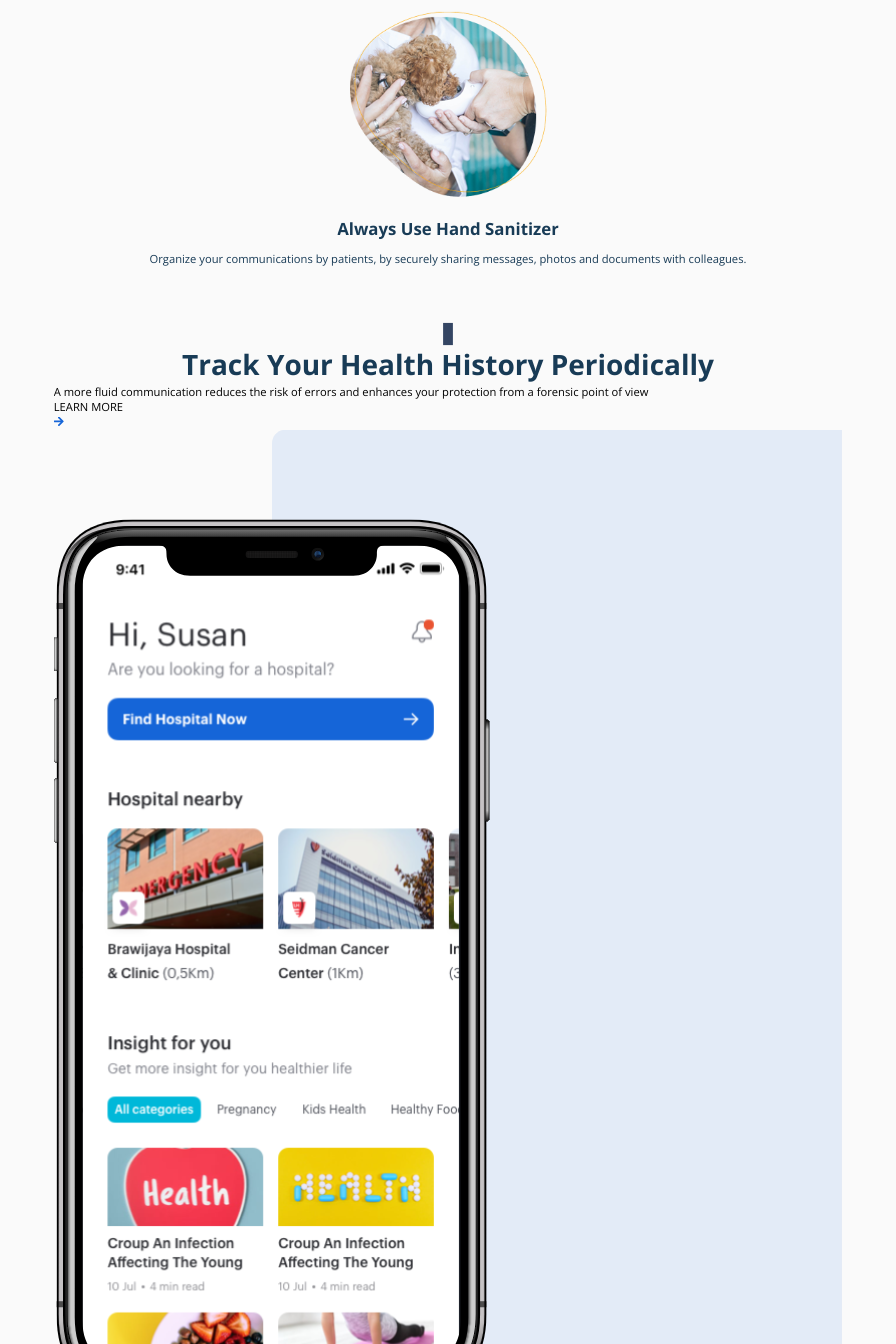
Repository: Esttevo/prova-html-css
Page: index.html
The author's editor kept a copy of each file at every save. The page is drawn from the files as they stood at one save, then again after the next save.
The browser window is 1280 px wide. The pictures show the part of the page from y = 4580 to 6500 px (the page is 8444 px tall before and 8446 px after), at 70% of full size.
A picture or video elsewhere on the page could not be fetched, so the positions and the page height are approximate.

Above is the page before, as saved 2026-09-01 15:07:36.

### index.html
<!DOCTYPE html>
<html lang="en">
<head>
    <meta charset="UTF-8">
    <meta name="viewport" content="width=device-width, initial-scale=1.0">
    <title>Document</title>
    <link rel="stylesheet" href="style.css">
</head>
<body>
    <header>
        <img id="header-logo" src="img/icons/Logo.svg" alt="Logo escrita EHYA">

        <nav id="header-nav">
            <a class="no-chevron" href="#">Home</a>
            <a class="with-chevron" href="#">
                Landings
                <img src="img/icons/icon-chevron-down.svg" alt="indica que possui uma lista ao clicar">
            </a>
            <a class="with-chevron" href="#">
                Pages
                <img src="img/icons/icon-chevron-down.svg" alt="indica que possui uma lista ao clicar">
            </a>
            <a href="#">Docs</a>
            <a href="#">Help</a>
            <button>Get it now</button>
        </nav>

        <img src="img/icons/icon-menu-hamburger.svg" alt="Menu hamburger">
    </header>

    <main>
        <section id="section-hero">
            <div id="hero-text">
                <div id="bar-text">
                    <div class="stylization-bar"> a</div>

                    <h4>
                        Changing the way you
                        go to healthcare
                    </h4>
                </div>

                <h1>
                    Primary Care
                    Designed for
                    Real Life
                </h1>

                <p>
                Discuss patients, share notes and documents in a secure manner and be part of a network of health professionals ready to
                collaborate better.
                </p>

                <form id="form-hero" action="#">
                    <input id="text-write" type="text" placeholder="name@youremail.com">
                    <input id="button" type="submit" value="Subscribe">
                </form>
            </div>
            <img src="img/image-hero.png" alt="4 medicos sorrindo e uma medica sobrepondo os 4">
        </section>

        <section id="section-connect">
            <div id="connect-title-subtitle">
                <h2>
                    Connect easily. Collaborate efficiently.
                </h2>

                 <p>
                    Rather than do things the
                    ypical way, we’ve created
                    a membership-based primary
                    care practice truly designed
                    around your needs.
                </p>
            </div>

           <img src="img/Dashboard.svg" alt="dashboard de exemplo de um sistema de agendamento">

           <div id="cards-advantages">
                <div id="card-advantages-doctor">
                     <h2>01</h2>
                     <h3>For Doctor</h3>
                     <p>
                         You get an in-house
                         team to guide and advocate
                         for you through questions
                     </p>
                </div>

                <div id="card-advantages-patient">
                     <h2>02</h2>
                     <h3>For Patient</h3>
                     <p>
                         You get an in-house
                         team to guide and advocate
                         for you through questions
                     </p>
                </div>

                <div id="card-advantages-clinician">
                     <h2>03</h2>
                     <h3>For Clinician</h3>
                     <p>
                         You get an in-house
                         team to guide and advocate
                         for you through questions
                     </p>
                </div>
            </div>
        </section>

        <section id="section-protect">
            <h2>
                Protect yourself and your family first.
            </h2>

            <div id="protect-content-tips">
                <div class="content-tips-card">
                    <img src="img/icons/icon-house.svg" alt="">

                    <h3>
                        Stay at Home first
                    </h3>

                    <p>
                        Our technology makes
                        it practically impossible
                        for any patient data breach to occur
                    </p>
                </div>

                <div class="content-tips-card">
                    <img src="img/icons/icon-hand.svg" alt="">

                    <h3>
                        Wash Your Hands Periodically
                    </h3>

                    <p>
                        You can talk freely and confidently
                        about patients with other health professionals
                         treating them
                    </p>
                </div>

                <div class="content-tips-card">
                    <img src="img/icons/icon-remedy.svg" alt="">

                    <h3>
                        Consume more Vitamin C
                    </h3>

                    <p>
                        A more fluid communication reduces
                        the risk of errors and enhances your
                        protection from a forensic point of view
                    </p>
                </div>

                <div class="content-tips-card">
                    <img src="img/icons/icon-medicament.svg" alt="">

                    <h3>
                        Always Use Hand Sanitizer
                    </h3>

                    <p>
                        Organize your communications
                        by patients, by securely sharing
                        messages, photos and documents
                        with colleagues.
                    </p>
                </div>
            </div>
        </section>

        <section id="section-modern">
            <h2>
                Modern clinics.
                Smart, hassle
                -free care.
            </h2>

            <div id="modern-cards-content">
                <div class="modern-content-img-text">
                    <img src="img/image-medic.svg" alt="equipamentos de medico">
                    <h3>
                        Consume more Vitamin C
                    </h3>

                    <p>
                        A more fluid communication reduces
                        the risk of errors and enhances your
                        protection from a forensic point of view
                    </p>
                </div>

                <div class="modern-content-img-text">
                    <img src="img/image-kid-dad.png" alt="cachorro tomando agua no colo">
                    <h3>
                        Stay at Home first
                    </h3>

                    <p>
                        Our technology makes
                        it practically impossible
                        for any patient data breach to occur
                    </p>
                </div>

                <div class="modern-content-img-text">
                    <img src="img/image-kid.png" alt="Criança caminhando de mão dada">
                    <h3>
                        Wash Your Hands Periodically
                    </h3>

                    <p>
                        You can talk freely and confidently
                        about patients with other health professionals
                         treating them
                    </p>
                </div>

                <div class="modern-content-img-text">
                    <img src="img/image-dog.png" alt="cachorro tomando agua no colo">
                    <h3>
                        Always Use Hand Sanitizer
                    </h3>

                    <p>
                        Organize your communications
                        by patients, by securely sharing
                        messages, photos and documents
                        with colleagues.
                    </p>
                </div>
            </div>
        </section>

        <section id="section-health">
            <div class="health-content-text">
                <div class="stylization-bar"></div>

                <h2>
                     Track Your Health
                     History Periodically
                </h2>

                <p>
                 A more fluid communication reduces
                 the risk of errors and enhances your
                 protection from a forensic
                 point of view
                </p>

                <div id="learn-more">
                     <p>LEARN MORE</p>
                     <img src="img/icons/icon-arrow-right.svg" alt="seta para a direita, clique para ler mais">
                </div>
            </div>

           <img id="image-mobile" src="img/image-health-mobile.svg" alt="iphone em um site de localização de hospitais com mapa e busca">
            <img id="image-desktop" src="img/image-health-desktop.svg" alt="iphone em um site de localização de hospitais com mapa e busca">
           <div id="count-pages">
                <p>1/4 screen</p>

                <div id="img-arrow">
                    <img src="img/icons/icon-button-left.svg" alt="botão para tela da esquerda">
                    <img src="img/icons/icon-button-right.svg" alt="botão para tela da direita">
                </div>
           </div>
        </section>

        <section id="section-resources">
            <article class="selected-resources-card">
                <img src="img/icons/icon-docs.png" alt="simbolo de documento">

                <h3>Stay at Home first</h3>

                <p>
                    A more fluid communication
                    reduces the risk of errors.
                </p>

                <a href="#">
                    READ ARTICLE
                </a>
            </article>

            <article class="resources-card">
                <img src="img/icons/icon-docs.png" alt="simbolo de documento">

                <h3>
                    Wash Your Hands
                </h3>

                <p>
                    A more fluid communication
                    reduces the risk of errors.
                </p>

                <a href="#">
                    READ ARTICLE
                </a>
            </article>

            <article class="resources-card">
                <img src="img/icons/icon-docs.png" alt="simbolo de documento">

                <h3>Use Hand Sanitizer</h3>

                <p>
                    A more fluid communication
                    reduces the risk of errors.
                </p>

                <a href="#">
                    READ ARTICLE
                </a>
            </article>

            <article class="resources-card">
                <img src="img/icons/icon-docs.png" alt="simbolo de documento">

                <h3>Consume Vitamin C</h3>

                <p>
                    A more fluid communication
                    reduces the risk of errors.
                </p>

                <a href="#">
                    READ ARTICLE
                </a>
            </article>
        </section>

        <section id="section-updates">
            <h2>be the first to know our updates</h2>

            <form action="#">
                <input  type="text" id="name" name="name" placeholder="&#xF007; Teste">
                <input  type="text" id="name" name="name" placeholder="&#xF007; Teste">
                <input type="submit" value="Subscribe Us">
            </form>
        </section>
    </main>

    <footer id="footer">
        <div id="footer-content-nav">
            <nav class="nav-footer">
                <a class="nav-title" href="#">Product</a>
                <a class="nav-item" href="#">Landingpage</a>
                <a class="nav-item" href="#">Features</a>
                <a class="nav-item" href="#">Documentation</a>
                <a class="nav-item" href="#">Referral Program</a>
                <a class="nav-item" href="#">Pricing</a>
            </nav>

            <nav class="nav-footer">
                <a class="nav-title" href="#">Services</a>
                <a class="nav-item" href="#">Documentation</a>
                <a class="nav-item" href="#">Design</a>
                <a class="nav-item" href="#">Themes</a>
                <a class="nav-item" href="#">Illustrations</a>
                <a class="nav-item" href="#">UI Kit</a>
            </nav>

            <nav class="nav-footer">
                <a class="nav-title" href="#">Company</a>
                <a class="nav-item" href="#">About</a>
                <a class="nav-item" href="#">Terms</a>
                <a class="nav-item" href="#">Privacy Policy</a>
                <a class="nav-item" href="#">Careers</a>
            </nav>

            <nav class="nav-footer">
                <a class="nav-title" href="#">More</a>
                <a class="nav-item" href="#">Documentation</a>
                <a class="nav-item" href="#">License</a>
                <a class="nav-item" href="#">Changelog</a>
            </nav>
        </div>

        <img src="img/icons/Logo.svg" alt="simbolo de logo">

        <p>Build a modern and creative website with crealand</p>

        <div id="icons-footer">
            <a href="#"><img src="img/icons/Icon-google.svg" alt="icone redirecionamento google"></a>
            <a href="#"><img src="img/icons/icon-twitter.svg" alt="icone redirecionamento email"></a>
            <a href="#"><img src="img/icons/icon-instagram.svg" alt="icone redirecionamento instagram"></a>
            <a href="#"><img src="img/icons/icon-linkedin.svg" alt="icone redirecionamento linkedIn"></a>
        </div>
    </footer>
</body>
</html>

### style.css
@import url('https://fonts.googleapis.com/css2?family=Inter:ital,opsz,wght@0,14..32,100..900;1,14..32,100..900&display=swap');
@import url('https://fonts.googleapis.com/css2?family=Inter:ital,opsz,wght@0,14..32,100..900;1,14..32,100..900&family=Open+Sans:ital,wght@0,300..800;1,300..800&display=swap');

:root {
    --primary-background-color: #FAFAFA;
    --secundary-background-color: #FFFFFF;

    --primary-color: #1565D8;

    --primary-title-font-color: #183B56;

    --primary-subtitle-font-color: #5A7184;

    --primary-font-family: "Open Sans", sans-serif;
    --secundary-font-family: "Inter", sans-serif;

    --color-spacing: #E3E7ED;
}

* {
    margin: 0;
    padding: 0;
    text-decoration: none;
    box-sizing: border-box;
    overflow-x: hidden;
}

body {
    font-family: var(--primary-font-family);
    background-color: var(--primary-background-color);
}

header {
    display: flex;
    justify-content: space-between;
    padding: 1.2rem 1.5rem;

}

#header-nav {
    display: none;
}

#bar-text {
    display: flex;
    flex-direction: column;
    align-items: center;
    gap: 1rem;
    padding: 1.2rem 3rem;
}

.stylization-bar {
    background-color: #344563;;
    width: 14px;
    height: 2px;
    justify-self: center;
}

#bar-text h4 {
    font-size: clamp(14px, 1vw, 30px);
    text-align: center;
    line-height: 150%;
    color: var(--primary-title-font-color);
}

#section-hero {
    display: flex;
    flex-direction: column;
    padding: 0 clamp(1.25rem, 6vw, 9rem);
}

#section-hero h1 {
    color: var(--primary-title-font-color);
    text-align: center;
    line-height: 125%;
    font-weight: 700;
    letter-spacing: 0.2;
    font-family: var(--secundary-font-family);
    padding: 0 1rem;
    font-size: clamp(32px, 5vw, 56px);
}

#section-hero p {
    color: var(--primary-subtitle-font-color);
    text-align: center;
    font-size: 1rem;
    padding-top: 1rem;
    line-height: 175%;
}

#section-hero form {
    display: flex;
    flex-direction: column;
    width: clamp(280px, 100%, 400px);
    padding: 2rem 0;
    justify-self: center;
}

#section-hero #text-write {
    height: 3.8rem;
    border: none;
    border-radius: 0.5rem;
    padding: 1rem;
    font-family: var(--primary-font-family);
}

#section-hero #button {
    background-color: var(--primary-color);
    border: none;
    font-size: var(--primary-font-family);
    color: #FFFFFF;
    border-radius: 0.5rem;
    padding: 0.5rem 0;
    height: 2.5rem;
}

#section-hero img {
    width: clamp(280px, 100%, 540px);
    align-self: center;
    padding-bottom: 3rem;
}

#section-connect {
    display: flex;
    flex-direction: column;
    padding: 0 clamp(1.25rem, 6vw, 9rem);

}

#connect-title-subtitle h2{
    border-top: 1px solid var(--color-spacing);
    color: var(--primary-title-font-color);
    text-align: center;
    padding: 1rem;
    padding-top: 3.7rem;
    line-height: 125%;
    font-family: var(--secundary-font-family);
}

#connect-title-subtitle p {
    color: var(--primary-subtitle-font-color);
    text-align: center;
    line-height: 175%;
    padding-bottom: 0.5rem;
}

#section-connect img {
    width: 438px;
    /* fica certo aos 498, nsei como fazer ainda*/
}

#cards-advantages {
    display: flex;
    flex-direction: column;
    padding-bottom: 3.7rem;
    border-bottom: 1px solid var(--color-spacing);
}

#first-card-advantages {
    display: flex;
    flex-direction: column;
    background-color: var(--secundary-background-color);
    padding: 1rem 1.5rem 1rem 1.5rem;
    border: 1px solid #F8F9FA;
    border-radius: 8px;

}

#first-card-advantages h2 {
    color: var(--primary-color);
    font-size: clamp(24px, 3vw, 48px);
    padding-bottom: 0.8rem;
}

#first-card-advantages h3 {
    font-family: var(--secundary-font-family);
    color: var(--primary-title-font-color);
    padding-bottom: 0.5rem;
}

#first-card-advantages p {
    color: var(--primary-subtitle-font-color);
}

#second-card-advantages {
    display: none;
}

#third-card-advantages {
    display: none;
}

#section-protect {
    display: flex;
    flex-direction: column;
    align-content: center;
    padding: 0 clamp(1.25rem, 6vw, 9rem);

}

#section-protect h2  {
    font-family: var(--secundary-font-family);
    font-size: clamp(24px, 3vw, 48px);
    color: var(--primary-title-font-color);
    padding-bottom: 2rem;
    padding-top: 4rem;
    text-align: center;
    letter-spacing: 0.2;
    font-weight: 700;
}

#protect-content-tips {
    display: flex;
    flex-direction: column;
}

.content-tips-card {
    display: flex;
    flex-direction: column;
    align-items: center;
    padding-bottom: 5rem;
}

.content-tips-card img {
    width: clamp(82px, 9vw, 130px);
    align-self: center;
    margin: 2rem;
}

.content-tips-card h3 {
    font-family: var(--secundary-font-family);
    font-size: clamp(16px, 3vw, 20px);
}
.content-tips-card p {
    color: var(--primary-subtitle-font-color);
    text-align: center;
    padding-top: 0.6rem;
    line-height: 170%;
}

#section-modern {
    display: flex;
    flex-direction: column;
    padding: 0 clamp(1.25rem, 6vw, 9rem);
    margin-bottom: 4.8rem;
}

#section-modern h2 {
    color: var(--primary-title-font-color);
    padding-left: 1rem;
    padding-right: 1rem;
    padding-top: 4.5rem;
    border-top: 1px solid var(--color-spacing);
    font-size: clamp(28px, 5vw, 48px);
    text-align: center;
    line-height: 130%;
}

.modern-content-img-text {
    display: flex;
    flex-direction: column;
    justify-content: center;
    align-items: center;

    padding-top: 3.5rem;
}

.modern-content-img-text h3 {
    color: var(--primary-title-font-color);
    padding-top: 1.8rem;
    padding-bottom: 14px;
    font-size: clamp(22px, 2vw, 24px);
    text-align: center;
}

.modern-content-img-text p {
    color: var(--primary-title-font-color);
   font-size: clamp(14px, 2vw, 16px);
    line-height: 170%;
    text-align: center;
}

#section-health {
    display: flex;
    flex-direction: column;
    padding: 0 clamp(1.25rem, 6vw, 9rem);
    justify-content: center;
}

#section-health .stylization-bar {
    padding-bottom: 2rem;
}

#section-health h2 {
    color: var(--primary-title-font-color);
    font-size: clamp(28px, 5vw, 40px);
    text-align: center;
}

After the next save:
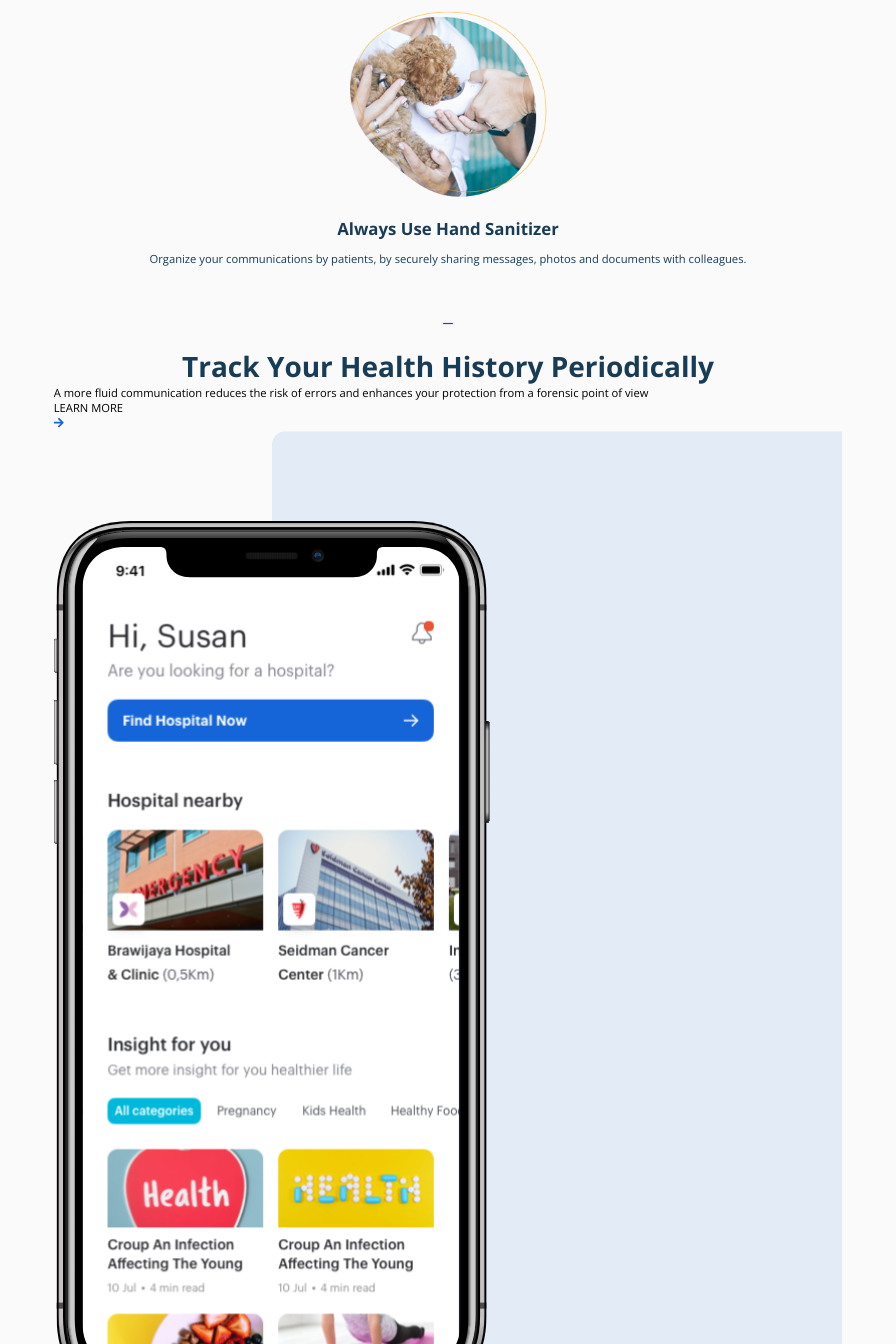
Saved 11 s later.
--- a/style.css
+++ b/style.css
@@ -288,7 +288,7 @@
 }
 
 #section-health .stylization-bar {
-    padding-bottom: 2rem;
+    margin-bottom: 2rem;
 }
 
 #section-health h2 {
